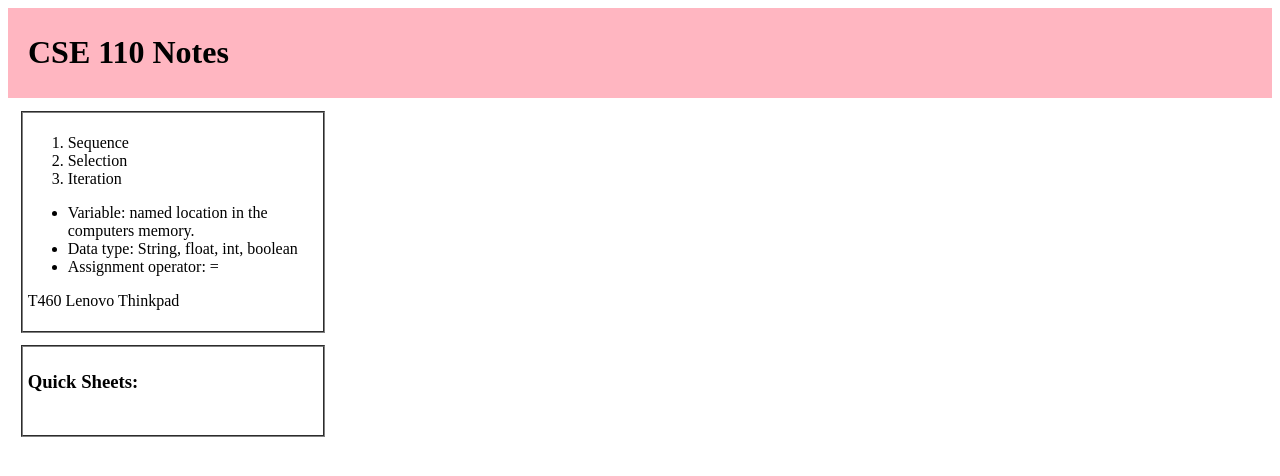
Repository: harleywolfley/wdd130
Page: spring25/cse110/cseindex.html
The author's editor kept a copy of each file at every save. The page is drawn from the files as they stood at one save, then again after the next save.
The browser window is 1280 px wide. The pictures show the whole page.

Above is the page before, as saved 2025-05-06 16:50:18.

After the next save:
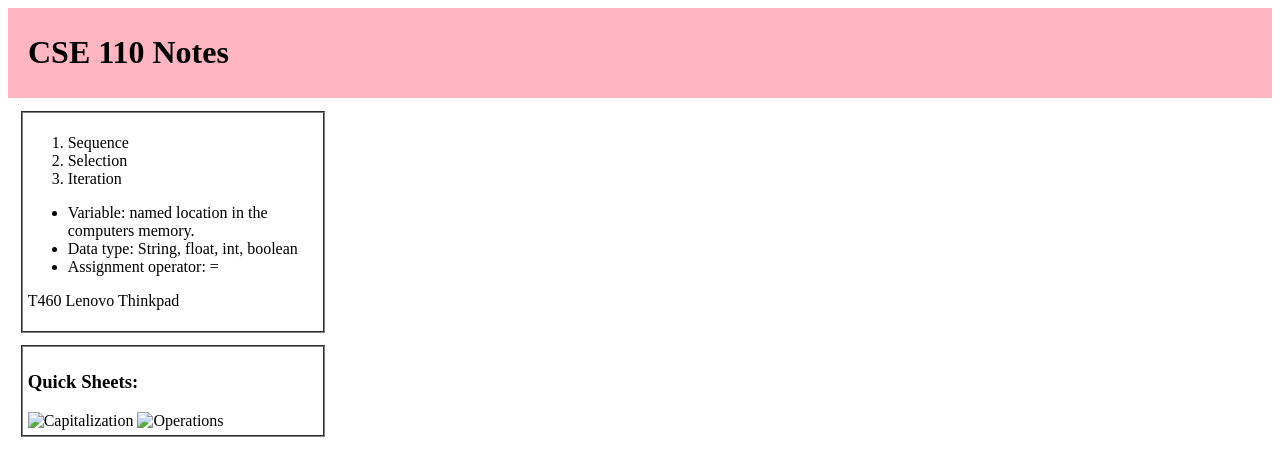
Saved 97 s later.
--- a/spring25/cse110/cseindex.html
+++ b/spring25/cse110/cseindex.html
@@ -22,8 +22,8 @@
     </div>
     <div>
         <h3>Quick Sheets:</h3>
-        <img href="notes/capitalization.png">
-        <img href="notes/operations.png">
+        <img href="notes/capitalization.png" alt="Capitalization">
+        <img href="notes/operations.png" alt="Operations">
     </div>
     </body>
 </html>
